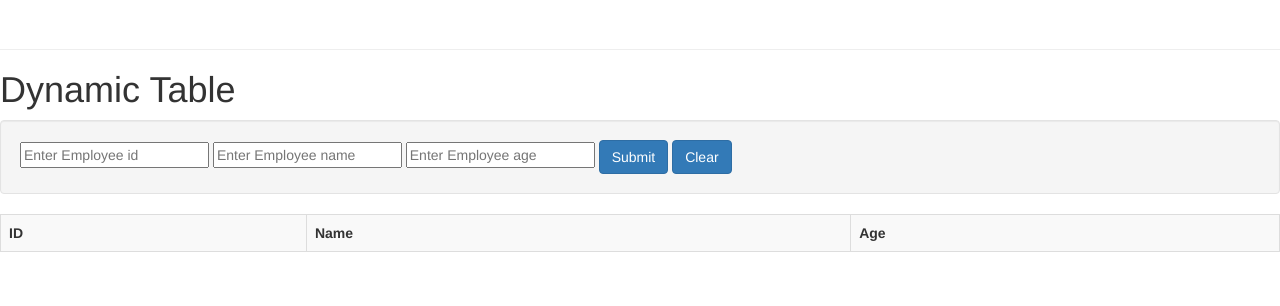
Repository: NathanDPoole/Personal
Page: Training/JavaScriptEx/src/main/webapp/html/dynamicTable.html
These files come from the project's save history. The page is drawn as it stood at one moment and after the next save; the edit follows.
The browser window is 1280 px wide. The pictures show the whole page.

Above is the page before, as saved 2017-12-29 17:28:04.

### Training/JavaScriptEx/src/main/webapp/html/dynamicTable.html
<!DOCTYPE html>
<html>
<head>
<meta charset="ISO-8859-1">
<title>Dynamic Table</title>
<meta name="viewport" content="width=device-width, initial-scale=1">
<link rel="stylesheet"
      href="https://maxcdn.bootstrapcdn.com/bootstrap/3.3.7/css/bootstrap.min.css"
      integrity="sha384-BVYiiSIFeK1dGmJRAkycuHAHRg32OmUcww7on3RYdg4Va+PmSTsz/K68vbdEjh4u"
      crossorigin="anonymous">
</head>
<body>

	<header>
		<div>
			<p class="page-header"><h1>Dynamic Table</h1></p>
			<div id="formDiv" class="well">
				<form>
					<input id="eid" type="text" placeholder="Enter Employee id" />
					<input id="name" type="text" placeholder="Enter Employee name" />
					<input id="age" type="text" placeholder="Enter Employee age" />
					<input id="submitBtn" type="button" value="Submit" class="btn btn-primary"/>
					<input id="clearBtn" type="button" value="Clear" class="btn btn-primary"/>
				</form>
			</div>
		</div>
	</header>

	<section>
		<div>
			<table class="table table-bordered table-hover table-striped">
				<tbody id="mytable">
					<th>ID</th>
					<th>Name</th>
					<th>Age</th>
				</tbody>
			</table>
		</div>
	</section>

	<script type="text/javascript" src="../js/dynamicTable.js"></script>
</body>
</html>

### Training/JavaScriptEx/src/main/webapp/js/dynamicTable.js
/**
 * To find elements
================
document.getElementById(id)
document.getElementsByTagName(name)
document.getElementsByClassName(name)
document.querySelectorAll - css selectors
To change elements
=====================
element.innerHTML =  new html content
element.attribute = new value
element.setAttribute(attribute, value)
element.style.property = new style
To add and delete elements
============================
document.createElement(element)
document.removeChild(element)
document.appendChild(element)
document.replaceChild(element)
document.write(text)
Properties to navigate between nodes with JavaScript;
==========================================================
parentNode
childNodes[nodenumber]
firstChild
lastChild
nextSibling
previousSibling
 */
//print all properties and methods of an object
/*window.onload = function(){
	var ele = document.getElementById("formDiv");
	for (e in ele){
		console.log(e);
	}
}
 */

//print all properties and methods of an object
/*
window.onload = function (){
	var ele = document.getElementById("formDiv");
	for (e in ele){
		console.log(e);
	}

}
*/

window.onload = function () {
	document.getElementById("submitBtn").addEventListener("click", addRows);
	document.getElementById("clearBtn").addEventListener("click", clearValues);
}

function addRows(){
	var id = document.getElementById("eid").value;
	var name = document.getElementById("name").value;
	var age = document.getElementById("age").value;

	if (id && name && age){
		console.log("they gave some values");
		var row = document.createElement("tr");
		var idcol = document.createElement("td");
		var namecol = document.createElement("td");
		var agecol = document.createElement("td");

		idcol.textContent = id;
		namecol.textContent = name;
		agecol.textContent = age;

		row.appendChild(idcol);
		row.appendChild(namecol);
		row.appendChild(agecol);

		document.getElementById("mytable").appendChild(row);
	} else {
		console.log("no values given");
	}
}

function clearValues(){
	document.getElementById("eid").value = "";
	document.getElementById("name").value = "";
	document.getElementById("age").value = "";


}

After the next save:
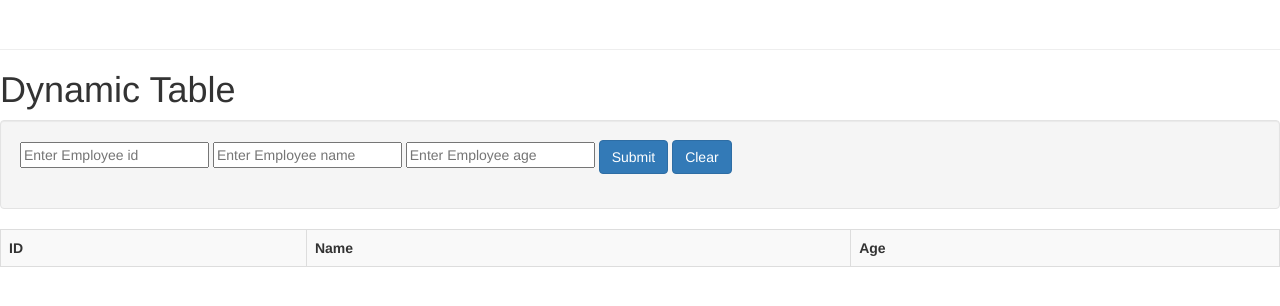
Saved 71 s later.
--- a/Training/JavaScriptEx/src/main/webapp/html/dynamicTable.html
+++ b/Training/JavaScriptEx/src/main/webapp/html/dynamicTable.html
@@ -16,11 +16,13 @@
 			<p class="page-header"><h1>Dynamic Table</h1></p>
 			<div id="formDiv" class="well">
 				<form>
+				<div class="form-group">
 					<input id="eid" type="text" placeholder="Enter Employee id" />
 					<input id="name" type="text" placeholder="Enter Employee name" />
 					<input id="age" type="text" placeholder="Enter Employee age" />
 					<input id="submitBtn" type="button" value="Submit" class="btn btn-primary"/>
 					<input id="clearBtn" type="button" value="Clear" class="btn btn-primary"/>
+				</div>
 				</form>
 			</div>
 		</div>
